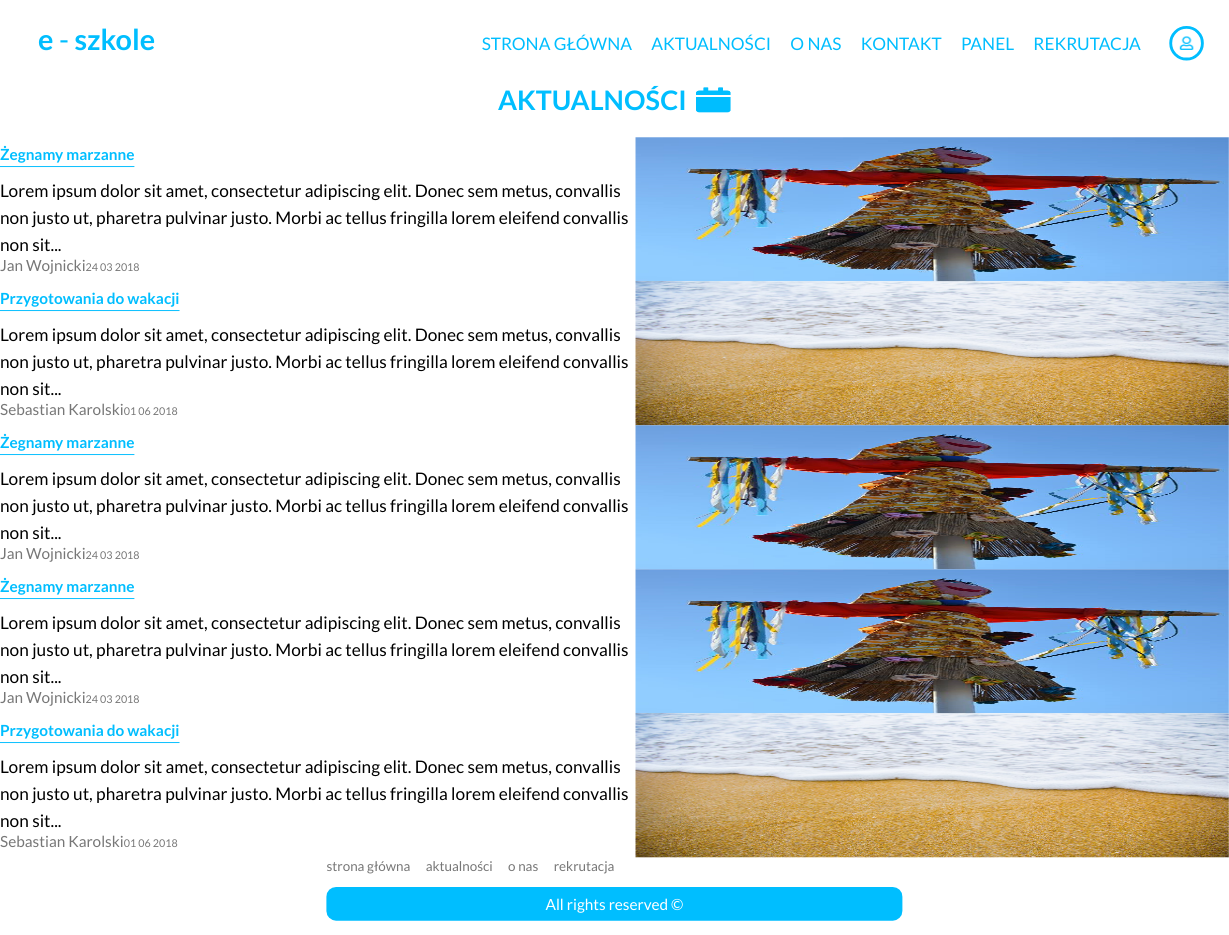
Repository: Votex874/e-szkole
Page: /blog (app in app/)
These files come from the project's save history. The page is drawn as it stood at one moment and after the next save; the edit follows.
The browser window is 1280 px wide. The pictures show the whole page, at 96% of full size.
The project was rebuilt for these pictures with package versions that can differ from the ones it lists, and the page was loaded fresh each time. Also part of the build but not shown: app/src/components/News/Title/index.js, app/src/components/News/Content/index.js, app/src/components/News/Avatar/index.js, app/src/components/News/Footer/index.js, app/src/components/News/index.js, app/src/components/AboutUs/Content/index.js, app/src/components/AboutUs/index.js, app/src/components/Graduates/ListItem/index.js and 11 more.

Above is the page before, as saved 2019-03-05 19:25:28.

After the next save:
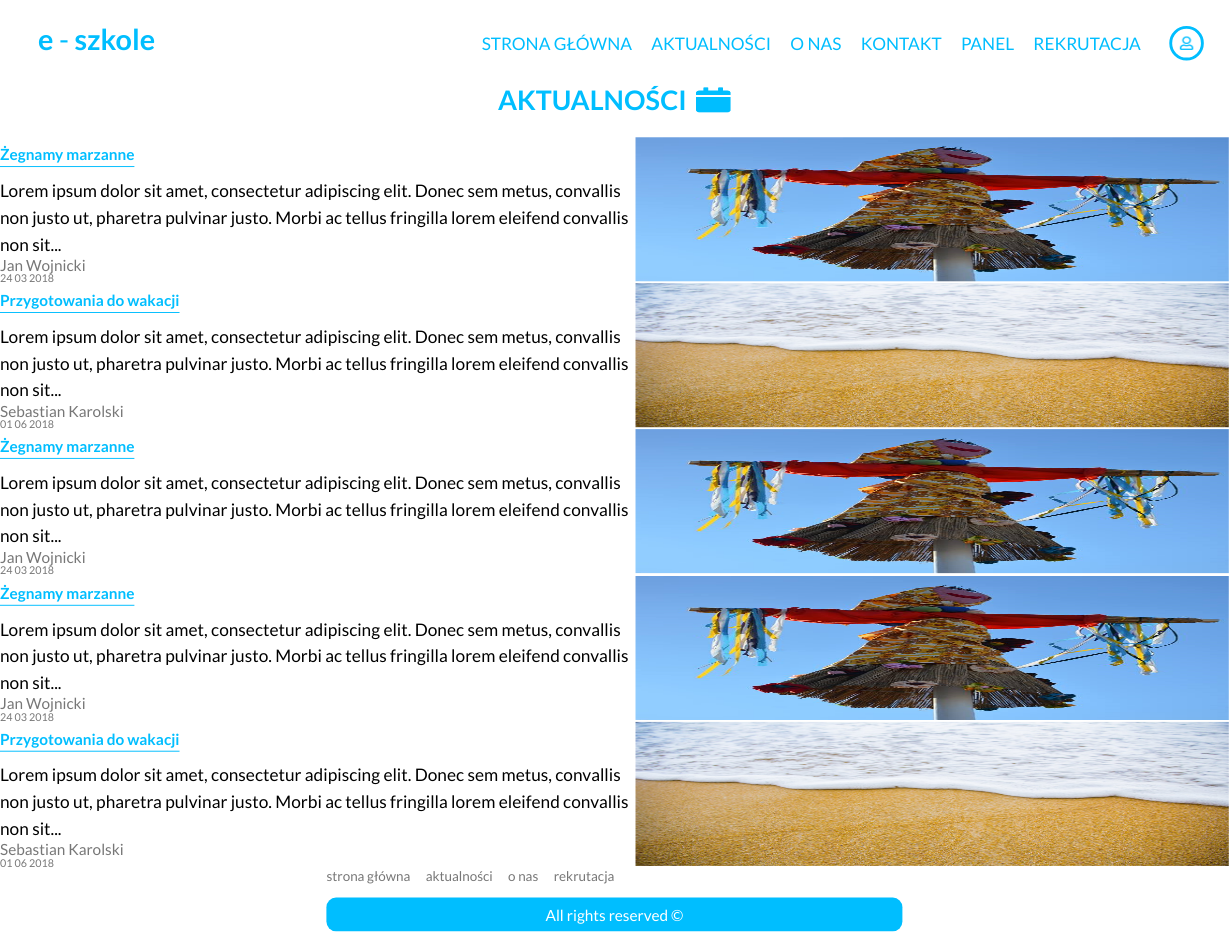
Saved 35 s later.
--- a/app/src/components/Blog/Post/Footer/index.js
+++ b/app/src/components/Blog/Post/Footer/index.js
@@ -8,6 +8,8 @@ const FooterContainer = styled.footer`
 
 const DateContainer = styled.span`
   font-size: 70%;
+  display: block;
+  margin-bottom: auto;
 `
 
 const Footer = ({ author, date }) => {

After the save that followed:
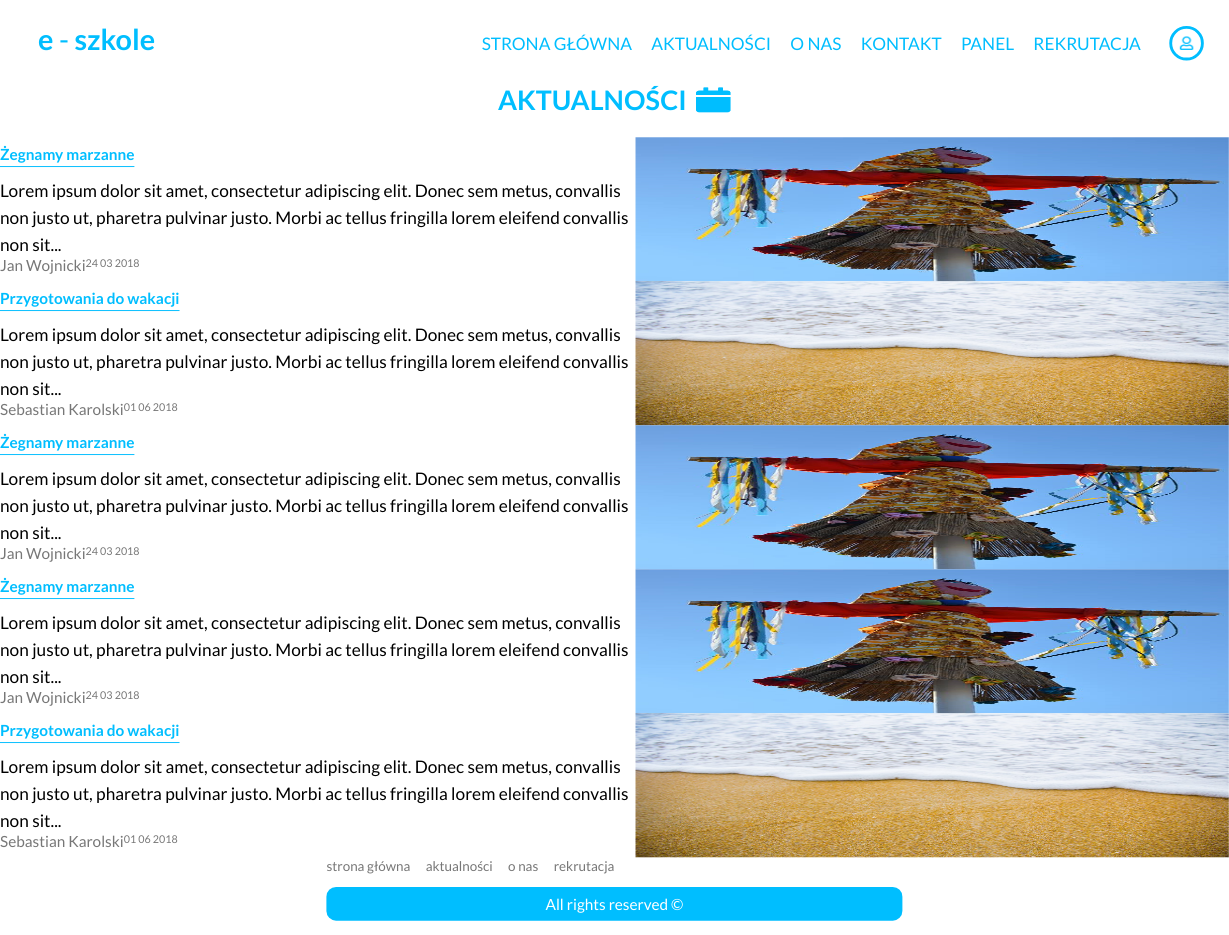
Saved 9 s later.
--- a/app/src/components/Blog/Post/Footer/index.js
+++ b/app/src/components/Blog/Post/Footer/index.js
@@ -4,6 +4,7 @@ import styled from 'styled-components'
 const FooterContainer = styled.footer`
   color: #777;
   font-size: 16px;
+  display: flex;
 `
 
 const DateContainer = styled.span`
